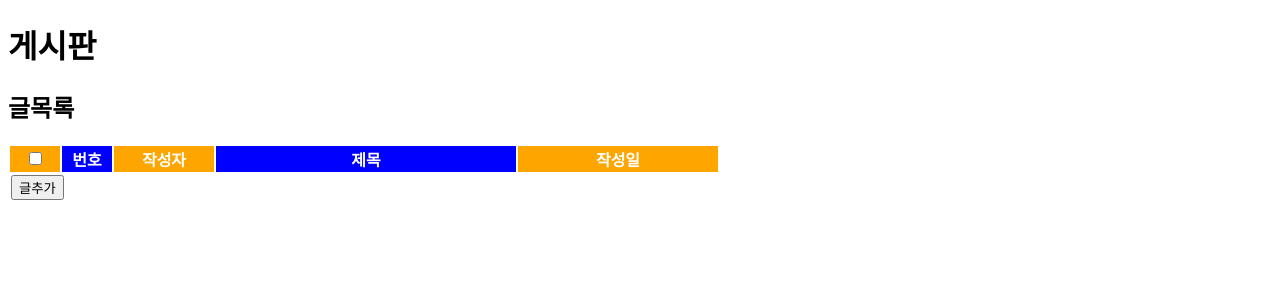
Repository: Junvelop/hkdevelope
Page: http://localhost/03_hkboard_MVC1/hkController.jsp?command=boardlist
An editor plug-in stored every save of this project. The page is shown before and after the next save, followed by the edit.
The browser window is 1280 px wide. The pictures show the whole page.
The page is served by Tomcat 9. Queries for data that is not in the repository find no rows.

Above is the page before, as saved 2024-09-09 02:18:53.
Console error: SyntaxError: Unexpected identifier 'i'

After the next save:
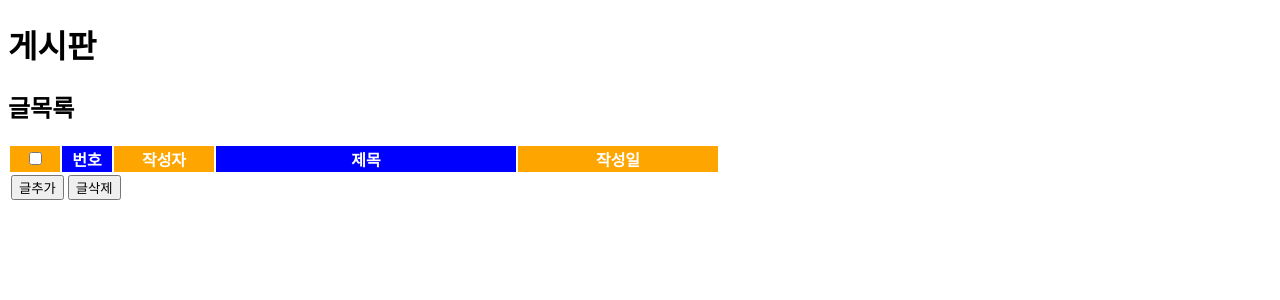
Saved 119 min 52 s later.
--- a/Downloads/back_end_edu20240624-master (1)/03_hkboard_MVC1/src/main/webapp/boardlist.jsp
+++ b/Downloads/back_end_edu20240624-master (1)/03_hkboard_MVC1/src/main/webapp/boardlist.jsp
@@ -37,7 +37,9 @@
 <body>
 <h1>게시판</h1>
 <h2>글목록</h2>
-
+<form action = "hkController.jsp" method = "post" onsubmit = "return isAllCheck();">
+<input type = "hidden" name = "command" value = "muldel"/>
+<!-- 삭제 버튼 클릭 - chkbox: 체크된 박스들만 chk = seq, chk  -->
 <table>
 	<col width = "50px">
 	<col width = "50px">
@@ -66,11 +68,13 @@
 	<tr>
 		<td colspan = "5">
 			<button onclick="insertBoardForm()">글추가</button>
+			<button type = "submit">글삭제</button>
 
 		</td>
 	 </tr>
 
 </table>
+</form>
 <script type="text/javascript">
 function insertBoardForm() {
     location.href = "hkController.jsp?command=insertboardform";
@@ -79,8 +83,28 @@
 function allSel(bool){
 	var chks = document.getElementsByName("chk"); //[chk,chk,chk..]
 	for (var i = 0; i < chks.lenghth i++){
-		chks[i].checked = bool;
+		chks[i].checked = bool; //트루 : 체크, false: 체크헤제
 	}
+}
+
+function isAllCheck(){
+	if(confirm("정말 삭제할거야?")){
+		var count = 0;
+		var chks = document.getElementByName("chk");
+		for (var i = 0; i < chks.length; i++) {
+			if(chks[i].checked){ //체크 되면 트루 반환
+				count++;
+				break;
+			}
+
+		}
+		if(count==0){
+			alert('최소 하나이상 체크하세요');
+
+		}
+		return count>0?true:false;
+	}
+	return false; //취소버튼 클릭했을 경우 전송되면 안되니깐 false 반환
 }
 
 </script>
